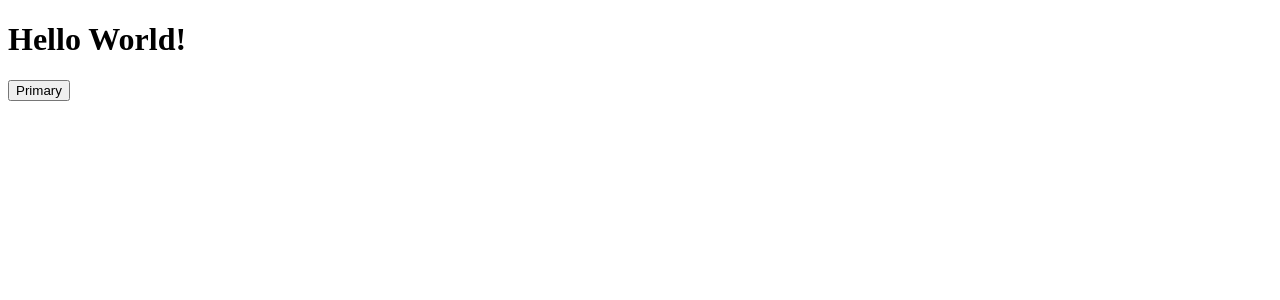
Repository: DamianBorawski/daft-project
Page: src/index.html
These files come from the project's save history. The page is drawn as it stood at one moment and after the next save; the edit follows.
The browser window is 1280 px wide. The pictures show the whole page.

Above is the page before, as saved 2020-04-16 18:33:45.

After the next save:
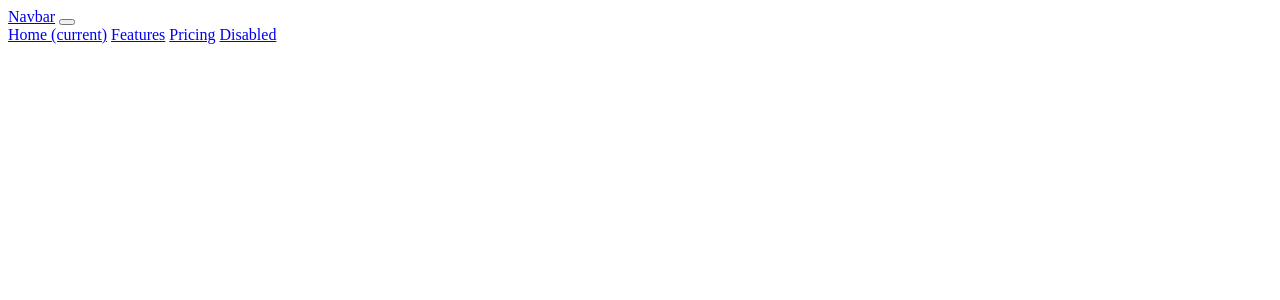
Saved 2 h 53 min later.
--- a/src/index.html
+++ b/src/index.html
@@ -6,8 +6,20 @@
     <meta name="viewport" content="width=device-width, initial-scale=1, shrink-to-fit=no">
 </head>
 <body>
-    <h1>Hello World!</h1>
-    <button type="button" class="btn btn-primary">Primary</button>
+    <nav class="navbar navbar-expand-lg navbar-light bg-light">
+        <a class="navbar-brand" href="#">Navbar</a>
+        <button class="navbar-toggler" type="button" data-toggle="collapse" data-target="#navbarNavAltMarkup" aria-controls="navbarNavAltMarkup" aria-expanded="false" aria-label="Toggle navigation">
+          <span class="navbar-toggler-icon"></span>
+        </button>
+        <div class="collapse navbar-collapse" id="navbarNavAltMarkup">
+          <div class="navbar-nav">
+            <a class="nav-item nav-link active" href="#">Home <span class="sr-only">(current)</span></a>
+            <a class="nav-item nav-link" href="#">Features</a>
+            <a class="nav-item nav-link" href="#">Pricing</a>
+            <a class="nav-item nav-link disabled" href="#" tabindex="-1" aria-disabled="true">Disabled</a>
+          </div>
+        </div>
+      </nav>
 
 </body>
 </html>
